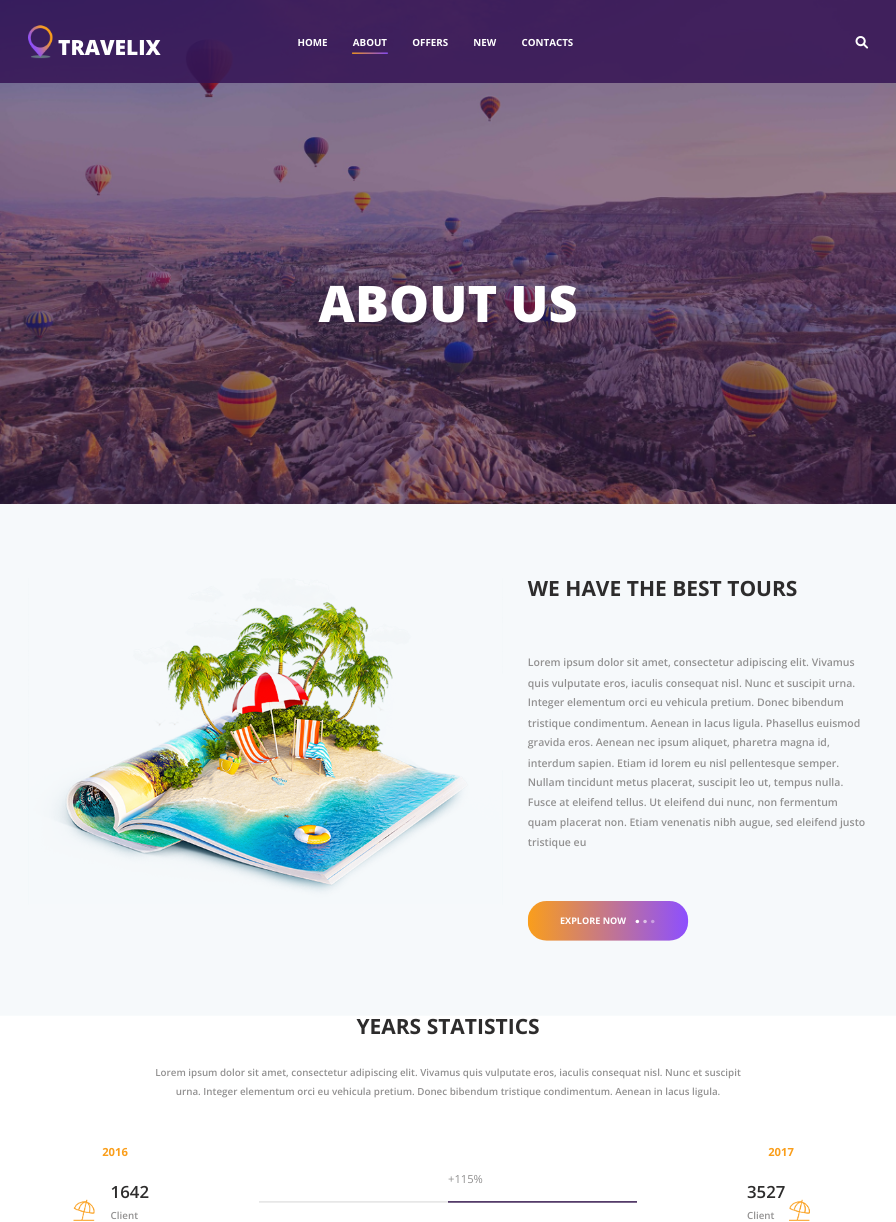
Repository: phamhuuloc/Travelix_Template
Page: about.html
The author's editor kept a copy of each file at every save. The page is drawn from the files as they stood at one save, then again after the next save.
The browser window is 1280 px wide. The pictures show the whole page, at 70% of full size.
Backgrounds fixed to the window are drawn as part of the page. Some web fonts or font styles are not loaded; a fallback is used.

Above is the page before, as saved 2021-10-13 09:49:04.

### about.html
<!DOCTYPE html>
<html lang="en">
  <head>
    <meta charset="UTF-8" />
    <meta http-equiv="X-UA-Compatible" content="IE=edge" />
    <meta name="viewport" content="width=device-width, initial-scale=1.0" />
    <title>Document</title>
    <link rel="shortcut icon" href="./assets/img/logo.png" />
    <link
      href="https://fonts.googleapis.com/css2?family=Caramel&display=swap"
      rel="stylesheet"
    />
    <!-- GOOGLE FONT -->
    <link
      href="https://fonts.googleapis.com/css2?family=Birthstone&display=swap"
      rel="stylesheet"
    />
    <!-- FONT AWESOME -->
    <link
      rel="stylesheet"
      href="https://cdnjs.cloudflare.com/ajax/libs/font-awesome/6.0.0-beta2/css/all.min.css"
      integrity="sha512-YWzhKL2whUzgiheMoBFwW8CKV4qpHQAEuvilg9FAn5VJUDwKZZxkJNuGM4XkWuk94WCrrwslk8yWNGmY1EduTA=="
      crossorigin="anonymous"
      referrerpolicy="no-referrer"
    />
    <!-- CSS -->
    <link rel="stylesheet" href="./assets/css/reset.css" />
    <link rel="stylesheet" href="./assets/css/grid.css" />
    <link rel="stylesheet" href="./assets/css/base.css" />
    <link rel="stylesheet" href="./assets/css/about.css" />
  </head>
  <body>
    <header class="header">
      <div class="header-topbar" style="display: none">
        <div class="grid wide">
          <div class="header-topbar__container">
            <div class="row">
              <div class="col l-6">
                <div class="header-topbar__contact">
                  <ul>
                    <li>
                      <a href="">+84 945 000 917</a>
                    </li>
                    <li>
                      <a href=""><i class="fab fa-pinterest"></i></a>
                    </li>
                    <li>
                      <a href=""><i class="fab fa-facebook-f"></i></a>
                    </li>
                    <li>
                      <a href=""><i class="fab fa-twitter"></i></a>
                    </li>
                    <li>
                      <a href=""><i class="fab fa-dribbble"></i></a>
                    </li>
                    <li>
                      <a href=""><i class="fab fa-behance"></i></a>
                    </li>
                    <li>
                      <a href=""><i class="fab fa-linkedin-in"></i></a>
                    </li>
                  </ul>
                </div>
              </div>
              <div class="col l-6">
                <div class="header-topbar__login">
                  <ul>
                    <li><a href="">Login</a></li>
                    <li><a href="">|</a></li>
                    <li><a href="">Register</a></li>
                  </ul>
                </div>
              </div>
            </div>
          </div>
        </div>
      </div>
      <div class="header-nav">
        <div class="grid wide">
          <div class="header-nav__container">
            <div class="row">
              <div class="col l-3">
                <div class="logo">
                  <a href="" class="logo__link">
                    <img src="./assets/img/logo.png" alt="" />
                    <h2 class="logo__text">Travelix</h2>
                  </a>
                </div>
              </div>
              <div class="col l-6 m-0 c-0">
                <div class="nav-menu">
                  <ul class="nav-menu__list">
                    <li class="nav-menu__item">
                      <a href="index.html" class="nav-menu__link">Home</a>
                    </li>
                    <li class="nav-menu__item active">
                      <a href="./about.html" class="nav-menu__link">About</a>
                    </li>
                    <li class="nav-menu__item">
                      <a href="" class="nav-menu__link">Offers</a>
                    </li>
                    <li class="nav-menu__item">
                      <a href="" class="nav-menu__link">New</a>
                    </li>
                    <li class="nav-menu__item">
                      <a href="" class="nav-menu__link">Contacts</a>
                    </li>
                  </ul>
                </div>
              </div>
              <div class="col l-3">
                <div class="header-search">
                  <i class="fas fa-search header-search__icon"></i>
                </div>
              </div>
            </div>
          </div>
        </div>
      </div>
    </header>
    <div class="home">
      <div
        class="home-background"
        style="background-image: url(./assets/img/about.jpg)"
      ></div>
      <div class="home__title"><h1>About us</h1></div>
    </div>
    <section class="intro">
      <div class="grid wide">
        <div class="intro__container">
          <div class="row">
            <div class="col l-7 intro__img">
              <img src="./assets/img/intro_about.png" alt="" />
            </div>
            <div class="col l-5 intro__content">
              <h2 class="intro__title">WE HAVE THE BEST TOURS</h2>
              <p class="intro__desc">
                Lorem ipsum dolor sit amet, consectetur adipiscing elit. Vivamus
                quis vulputate eros, iaculis consequat nisl. Nunc et suscipit
                urna. Integer elementum orci eu vehicula pretium. Donec bibendum
                tristique condimentum. Aenean in lacus ligula. Phasellus euismod
                gravida eros. Aenean nec ipsum aliquet, pharetra magna id,
                interdum sapien. Etiam id lorem eu nisl pellentesque semper.
                Nullam tincidunt metus placerat, suscipit leo ut, tempus nulla.
                Fusce at eleifend tellus. Ut eleifend dui nunc, non fermentum
                quam placerat non. Etiam venenatis nibh augue, sed eleifend
                justo tristique eu
              </p>
              <div class="intro__btn">
                <div class="btn">
                  <div class="btn-bg"></div>
                  <a href="#" class="btn-link">
                    explore now
                    <span></span>
                    <span></span>
                    <span></span>
                  </a>
                </div>
              </div>
            </div>
          </div>
        </div>
      </div>
    </section>
    <section class="stats">
      <div class="grid wide">
        <div class="stats__container">
          <h2 class="stats__title">YEARS STATISTICS</h2>
          <div class="wrap_text">
            <p class="stats__text">
              Lorem ipsum dolor sit amet, consectetur adipiscing elit. Vivamus
              quis vulputate eros, iaculis consequat nisl. Nunc et suscipit
              urna. Integer elementum orci eu vehicula pretium. Donec bibendum
              tristique condimentum. Aenean in lacus ligula.
            </p>
          </div>
          <div class="stats__year">
            <div class="stats__year-last">2016</div>
            <div class="stats__year-new">2017</div>
          </div>
          <div class="stats__content">
            <div class="stats__item">
              <div class="stats__last">
                <div class="stats__icon">
                  <img src="./assets/img/stats_1.png" alt="" />
                </div>
                <div class="stats__content">
                  <div class="stats__number">1642</div>
                  <div class="stats__type">Client</div>
                </div>
              </div>
              <div class="stats__bar">
                <div class="stats__bar-perc" style="left: 50%; width: 50%">
                  <div class="stats__bar-value">+115%</div>
                </div>
              </div>
              <div class="stats__new">
                <div class="stats__content">
                  <div class="stats__number">3527</div>
                  <div class="stats__type">Client</div>
                </div>
                <div class="stats__icon">
                  <img src="./assets/img/stats_1.png" alt="" />
                </div>
              </div>
            </div>
          </div>
        </div>
      </div>
    </section>
  </body>
</html>

### assets/css/grid.css
.grid {
  width: 100%;
  padding: 0;
}
.grid.wide {
  max-width: 1200px;

  margin: 0 auto;
}
.row {
  display: flex;
  flex-wrap: wrap;
  margin-left: -4px;
  margin-right: -4px;
}
.row.no-gutters {
  margin-left: 0;
  margin-right: 0;
}
.col {
  padding-left: 4px;
  padding-right: 4px;
}
.row.no-gutters .col {
  margin-left: 0;
  margin-right: 0;
}

.c-0 {
  display: none;
}

.c-1 {
  flex: 0 0 8.33333%;
  max-width: 8.33333%;
}

.c-2 {
  flex: 0 0 16.66667%;
  max-width: 16.66667%;
}

.c-3 {
  flex: 0 0 25%;
  max-width: 25%;
}

.c-4 {
  flex: 0 0 33.33333%;
  max-width: 33.33333%;
}

.c-5 {
  flex: 0 0 41.66667%;
  max-width: 41.66667%;
}

.c-6 {
  flex: 0 0 50%;
  max-width: 50%;
}

.c-7 {
  flex: 0 0 58.33333%;
  max-width: 58.33333%;
}

.c-8 {
  flex: 0 0 66.66667%;
  max-width: 66.66667%;
}

.c-9 {
  flex: 0 0 75%;
  max-width: 75%;
}

.c-10 {
  flex: 0 0 83.33333%;
  max-width: 83.33333%;
}

.c-11 {
  flex: 0 0 91.66667%;
  max-width: 91.66667%;
}

.c-12 {
  flex: 0 0 100%;
  max-width: 100%;
}

.c-o-1 {
  margin-left: 8.33333%;
}

.c-o-2 {
  margin-left: 16.66667%;
}

.c-o-3 {
  margin-left: 25%;
}

.c-o-4 {
  margin-left: 33.33333%;
}

.c-o-5 {
  margin-left: 41.66667%;
}

.c-o-6 {
  margin-left: 50%;
}

.c-o-7 {
  margin-left: 58.33333%;
}

.c-o-8 {
  margin-left: 66.66667%;
}

.c-o-9 {
  margin-left: 75%;
}

.c-o-10 {
  margin-left: 83.33333%;
}

.c-o-11 {
  margin-left: 91.66667%;
}
/* TABLET */
@media (min-width: 740px) {
  .row {
    margin-left: -8px;
    margin-right: -8px;
  }
  .col {
    padding-right: 8px;
    padding-left: 8px;
  }
  .m-0 {
    display: none;
  }
  .m-1,
  .m-2,
  .m-3,
  .m-4,
  .m-5,
  .m-6,
  .m-7,
  .m-8,
  .m-9,
  .m-10,
  .m-11,
  .m-12 {
    display: block;
  }

  .m-1 {
    flex: 0 0 8.33333%;
    max-width: 8.33333%;
  }

  .m-2 {
    flex: 0 0 16.66667%;
    max-width: 16.66667%;
  }

  .m-3 {
    flex: 0 0 25%;
    max-width: 25%;
  }

  .m-4 {
    flex: 0 0 33.33333%;
    max-width: 33.33333%;
  }

  .m-5 {
    flex: 0 0 41.66667%;
    max-width: 41.66667%;
  }

  .m-6 {
    flex: 0 0 50%;
    max-width: 50%;
  }

  .m-7 {
    flex: 0 0 58.33333%;
    max-width: 58.33333%;
  }

  .m-8 {
    flex: 0 0 66.66667%;
    max-width: 66.66667%;
  }

  .m-9 {
    flex: 0 0 75%;
    max-width: 75%;
  }

  .m-10 {
    flex: 0 0 83.33333%;
    max-width: 83.33333%;
  }

  .m-11 {
    flex: 0 0 91.66667%;
    max-width: 91.66667%;
  }

  .m-12 {
    flex: 0 0 100%;
    max-width: 100%;
  }

  .m-o-1 {
    margin-left: 8.33333%;
  }

  .m-o-2 {
    margin-left: 16.66667%;
  }

  .m-o-3 {
    margin-left: 25%;
  }

  .m-o-4 {
    margin-left: 33.33333%;
  }

  .m-o-5 {
    margin-left: 41.66667%;
  }

  .m-o-6 {
    margin-left: 50%;
  }

  .m-o-7 {
    margin-left: 58.33333%;
  }

  .m-o-8 {
    margin-left: 66.66667%;
  }

  .m-o-9 {
    margin-left: 75%;
  }

  .m-o-10 {
    margin-left: 83.33333%;
  }

  .m-o-11 {
    margin-left: 91.66667%;
  }
}
/* PC MEDIUM RESOLUTION */
@media (min-width: 1113px) {
  .row {
    margin-left: -12px;
    margin-right: -12px;
  }
  .row.sm-gutter {
    margin-left: -8px;
    margin-right: -8px;
  }
  .col {
    padding-left: 12px;
    padding-right: 12px;
  }
  .row.sm-gutter .col {
    padding-left: 8px;
    padding-right: 8px;
  }
  .l-0 {
    display: none;
  }

  .l-1,
  .l-2,
  .l-2-4,
  .l-3,
  .l-4,
  .l-5,
  .l-6,
  .l-7,
  .l-8,
  .l-9,
  .l-10,
  .l-11,
  .l-12 {
    display: block;
  }

  .l-1 {
    flex: 0 0 8.33333%;
    max-width: 8.33333%;
  }

  .l-2 {
    flex: 0 0 16.66667%;
    max-width: 16.66667%;
  }

  .l-2-4 {
    flex: 0 0 20%;
    max-width: 20%;
  }

  .l-3 {
    flex: 0 0 25%;
    max-width: 25%;
  }

  .l-4 {
    flex: 0 0 33.33333%;
    max-width: 33.33333%;
  }

  .l-5 {
    flex: 0 0 41.66667%;
    max-width: 41.66667%;
  }

  .l-6 {
    flex: 0 0 50%;
    max-width: 50%;
  }

  .l-7 {
    flex: 0 0 58.33333%;
    max-width: 58.33333%;
  }

  .l-8 {
    flex: 0 0 66.66667%;
    max-width: 66.66667%;
  }

  .l-9 {
    flex: 0 0 75%;
    max-width: 75%;
  }

  .l-10 {
    flex: 0 0 83.33333%;
    max-width: 83.33333%;
  }

  .l-11 {
    flex: 0 0 91.66667%;
    max-width: 91.66667%;
  }

  .l-12 {
    flex: 0 0 100%;
    max-width: 100%;
  }

  .l-o-1 {
    margin-left: 8.33333%;
  }

  .l-o-2 {
    margin-left: 16.66667%;
  }

  .l-o-3 {
    margin-left: 25%;
  }

  .l-o-4 {
    margin-left: 33.33333%;
  }

  .l-o-5 {
    margin-left: 41.66667%;
  }

  .l-o-6 {
    margin-left: 50%;
  }

  .l-o-7 {
    margin-left: 58.33333%;
  }

  .l-o-8 {
    margin-left: 66.66667%;
  }

  .l-o-9 {
    margin-left: 75%;
  }

  .l-o-10 {
    margin-left: 83.33333%;
  }

  .l-o-11 {
    margin-left: 91.66667%;
  }
}
/* TABLET AND PC */
@media (min-width: 740px) and (max-width: 1023px) {
  .wide {
    width: 644px;
  }
}
/* > PC  LOW RESOLUTION */
@media (min-width: 1024px) and (max-width: 1239px) {
  .wide {
    width: 984px;
  }
}
.form__item {
  display: flex;
  flex-direction: column;
}

### assets/css/about.css
.home-background {
  background-repeat: no-repeat;
  background-position: bottom center;
  background-attachment: fixed;
  background-size: cover;
}
.home__title {
  position: absolute;
  top: 55%;
  left: 50%;
  transform: translateX(-50%);
}
.home__title h1 {
  font-size: 7.2rem;
  font-weight: 800;
  color: var(--white-color);
  text-transform: uppercase;
}
/* INTRO */
.intro {
  padding: 10.6rem 0;
  background-color: #f6f9fb;
}
.intro__title {
  font-size: 3rem;
  font-weight: 700;
  color: var(--black-color);
  margin-bottom: 7.6rem;
  text-transform: uppercase;
}
.intro__desc {
  font-size: 1.5rem;
  font-weight: 600;
  color: var(--gray-color);
  line-height: 1.9;
}
.intro__btn .btn {
  left: 0;
  transform: translateX(0);
}
.stats__title {
  text-align: center;
  font-size: 3rem;
  font-weight: 700;
  color: var(--black-color);
  margin-bottom: 3.8rem;
}
.wrap_text {
  text-align: center;
  display: flex;
  justify-content: center;
  margin-bottom: 6.6rem;
}
.stats__text {
  font-size: 1.4rem;
  font-weight: 600;
  line-height: 1.9;
  color: var(--gray-color);
  max-width: 84rem;
}
.stats__year {
  display: flex;
  align-items: center;
  justify-content: space-between;
  padding: 0 10.6rem;
  margin-bottom: 3.6rem;
}
.stats__year-last,
.stats__year-new {
  font-size: 1.6rem;
  font-weight: 700;
  color: var(--primary-color);
}
.stats__item {
  display: flex;
  align-items: center;
  justify-content: space-between;
  padding: 0 60px;
}
.stats__last {
  display: flex;
  align-items: flex-end;
}
.stats__icon {
  margin-right: 1.8rem;
}
.stats__number {
  font-size: 2.4rem;
  font-weight: 600;
  color: var(--black-color);
  margin-bottom: 1.6rem;
}
.stats__type {
  font-size: 1.4rem;
  font-weight: 600;
  color: var(--gray-color);
}
.stats__new {
  display: flex;
  align-items: flex-end;
}
.stats__bar {
  position: relative;
  height: 2px;
  background-color: #e1e1e1;
  width: 50%;
  display: flex;
  flex-direction: column;
}
.stats__bar-value {
  position: absolute;
  top: -40px;
  color: var(--gray-color);
  font-size: 1.6rem;
  text-align: left;
}
.stats__bar-perc {
  position: absolute;
  height: 2px;
  background-color: rgb(49, 18, 75);
}

Loaded but not shown: assets/css/reset.css (common file); assets/css/base.css (441 lines, source omitted)

After the next save:
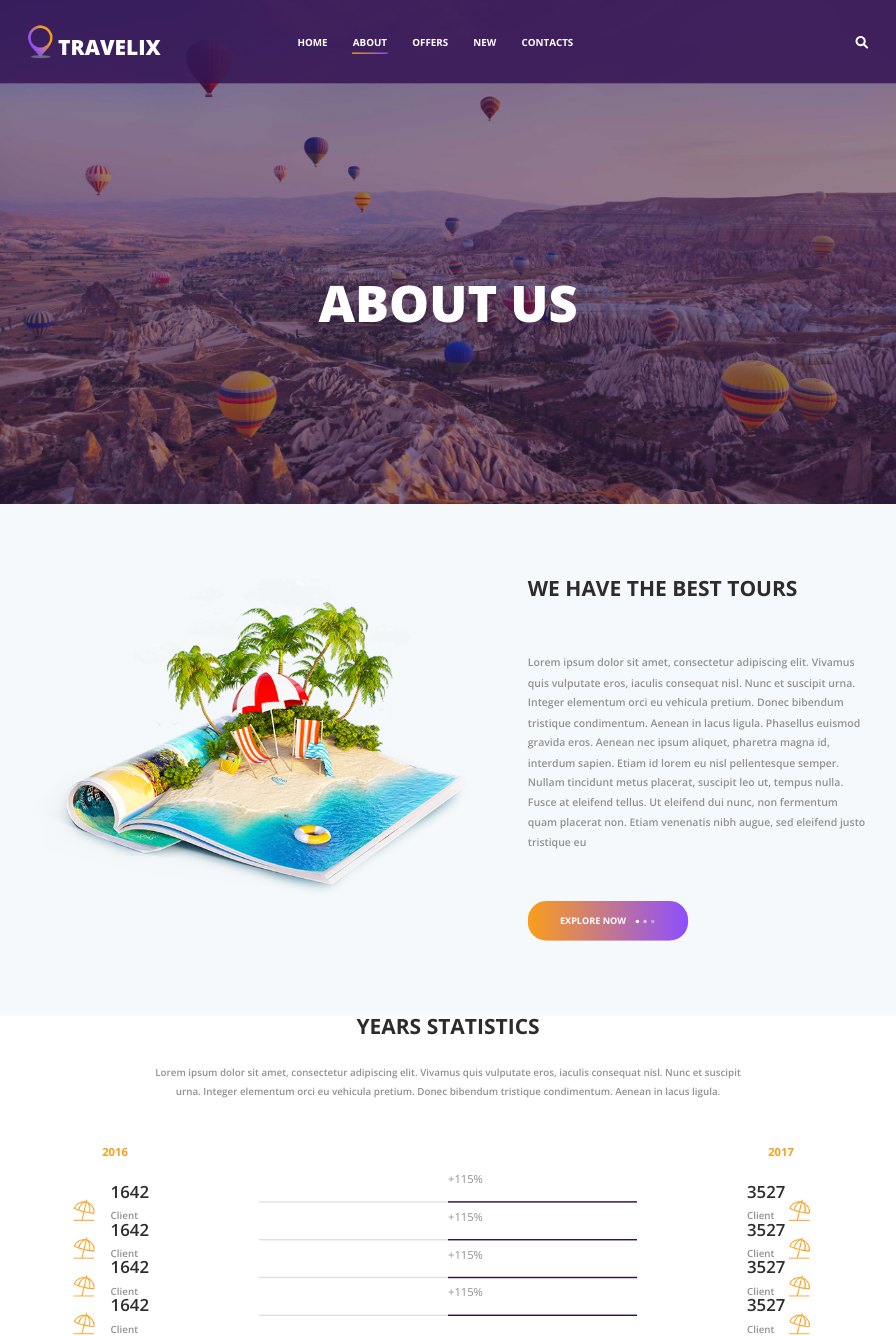
Saved 41 s later.
--- a/about.html
+++ b/about.html
@@ -204,6 +204,81 @@
                 </div>
               </div>
             </div>
+            <div class="stats__item">
+              <div class="stats__last">
+                <div class="stats__icon">
+                  <img src="./assets/img/stats_1.png" alt="" />
+                </div>
+                <div class="stats__content">
+                  <div class="stats__number">1642</div>
+                  <div class="stats__type">Client</div>
+                </div>
+              </div>
+              <div class="stats__bar">
+                <div class="stats__bar-perc" style="left: 50%; width: 50%">
+                  <div class="stats__bar-value">+115%</div>
+                </div>
+              </div>
+              <div class="stats__new">
+                <div class="stats__content">
+                  <div class="stats__number">3527</div>
+                  <div class="stats__type">Client</div>
+                </div>
+                <div class="stats__icon">
+                  <img src="./assets/img/stats_1.png" alt="" />
+                </div>
+              </div>
+            </div>
+            <div class="stats__item">
+              <div class="stats__last">
+                <div class="stats__icon">
+                  <img src="./assets/img/stats_1.png" alt="" />
+                </div>
+                <div class="stats__content">
+                  <div class="stats__number">1642</div>
+                  <div class="stats__type">Client</div>
+                </div>
+              </div>
+              <div class="stats__bar">
+                <div class="stats__bar-perc" style="left: 50%; width: 50%">
+                  <div class="stats__bar-value">+115%</div>
+                </div>
+              </div>
+              <div class="stats__new">
+                <div class="stats__content">
+                  <div class="stats__number">3527</div>
+                  <div class="stats__type">Client</div>
+                </div>
+                <div class="stats__icon">
+                  <img src="./assets/img/stats_1.png" alt="" />
+                </div>
+              </div>
+            </div>
+            <div class="stats__item">
+              <div class="stats__last">
+                <div class="stats__icon">
+                  <img src="./assets/img/stats_1.png" alt="" />
+                </div>
+                <div class="stats__content">
+                  <div class="stats__number">1642</div>
+                  <div class="stats__type">Client</div>
+                </div>
+              </div>
+              <div class="stats__bar">
+                <div class="stats__bar-perc" style="left: 50%; width: 50%">
+                  <div class="stats__bar-value">+115%</div>
+                </div>
+              </div>
+              <div class="stats__new">
+                <div class="stats__content">
+                  <div class="stats__number">3527</div>
+                  <div class="stats__type">Client</div>
+                </div>
+                <div class="stats__icon">
+                  <img src="./assets/img/stats_1.png" alt="" />
+                </div>
+              </div>
+            </div>
           </div>
         </div>
       </div>
